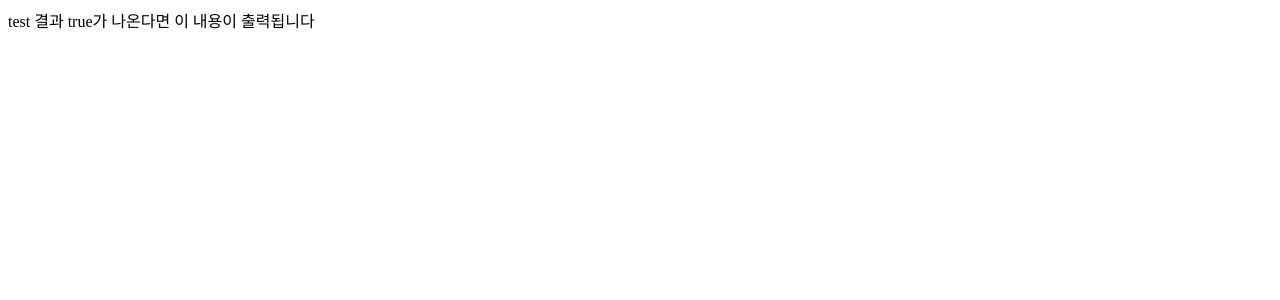
Repository: y2kim/workspace3
Page: http://localhost/WEB_MVC2_JSP_06_04/outputview.jsp
The author's editor kept a copy of each file at every save. The page is drawn from the files as they stood at one save, then again after the next save.
The browser window is 1280 px wide. The pictures show the whole page.
The page is served by Tomcat 9. Other server files are loaded and not shown.

Above is the page before, as saved 2018-06-05 02:27:45.

### WEB_MVC2_JSP_06_04/WebContent/outputview.jsp
<%@ page language="java" contentType="text/html; charset=UTF-8"
    pageEncoding="UTF-8"%>
 <%@taglib prefix="c"  uri="http://java.sun.com/jsp/jstl/core" %>
<!DOCTYPE html PUBLIC "-//W3C//DTD HTML 4.01 Transitional//EN" "http://www.w3.org/TR/html4/loose.dtd">
<html>
<head>
<meta http-equiv="Content-Type" content="text/html; charset=UTF-8">
<title>Insert title here</title>
</head>
<body>
    <c:if test="${5<10}">
    	test 결과 true가 나온다면 이 내용이 출력됩니다
    </c:if>



		<!--  taglib prefix="c"  uri="http://java.sun.com/jsp/jstl/core" : 라는 접두사를 사용하겠다는 뜻 	 -->
</body>
</html>

After the next save:
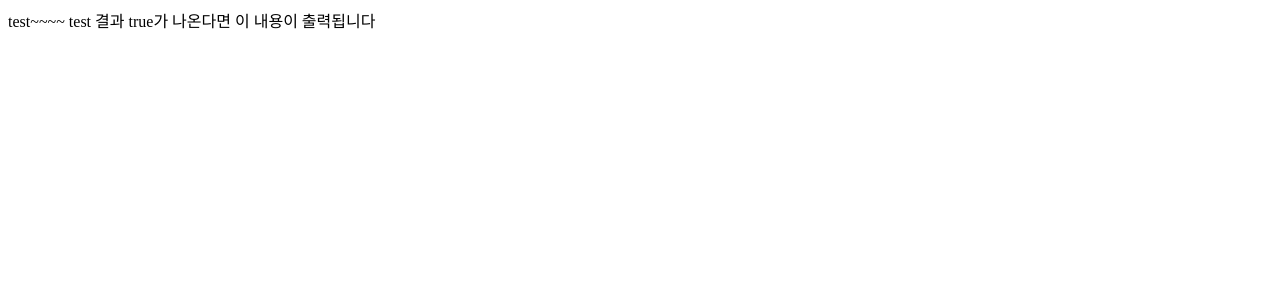
Saved 43 s later.
--- a/WEB_MVC2_JSP_06_04/WebContent/outputview.jsp
+++ b/WEB_MVC2_JSP_06_04/WebContent/outputview.jsp
@@ -8,6 +8,15 @@
 <title>Insert title here</title>
 </head>
 <body>
+
+<%
+		if(5<10){
+			%>
+			test~~~~
+			<%
+		}
+%>
+
     <c:if test="${5<10}">
     	test 결과 true가 나온다면 이 내용이 출력됩니다
     </c:if>

After the save that followed:
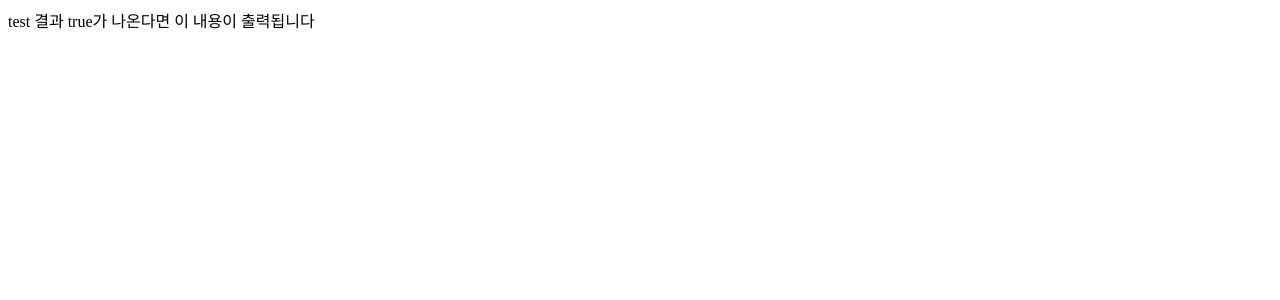
Saved 12 min 23 s later.
--- a/WEB_MVC2_JSP_06_04/WebContent/outputview.jsp
+++ b/WEB_MVC2_JSP_06_04/WebContent/outputview.jsp
@@ -9,13 +9,6 @@
 </head>
 <body>
 
-<%
-		if(5<10){
-			%>
-			test~~~~
-			<%
-		}
-%>
 
     <c:if test="${5<10}">
     	test 결과 true가 나온다면 이 내용이 출력됩니다
